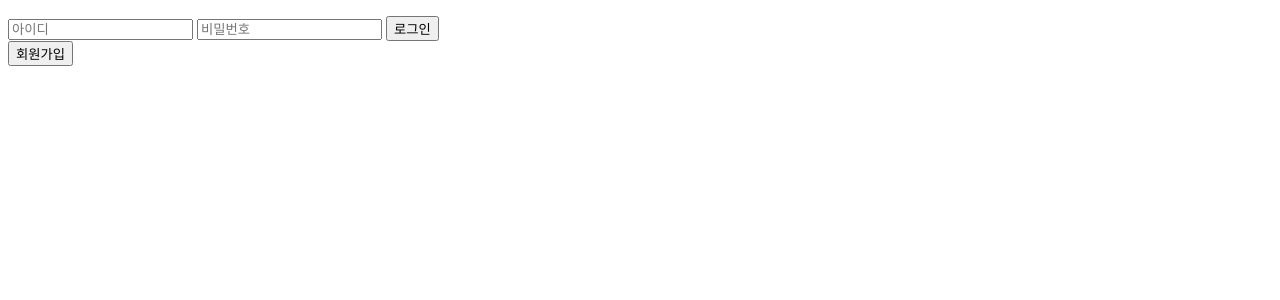
Repository: kokoko12334/myvocab-toy
Page: http://localhost/myVocabularyList/home.jsp
The author's editor kept a copy of each file at every save. The page is drawn from the files as they stood at one save, then again after the next save.
The browser window is 1280 px wide. The pictures show the whole page.
The page is served by Tomcat 9. Other server files are loaded and not shown.

Above is the page before, as saved 2023-04-05 15:03:07.

### myVocabularyList/src/main/webapp/home.jsp
<%@ page language="java" contentType="text/html; charset=UTF-8"
    pageEncoding="UTF-8"%>

<%@ taglib prefix="c" uri = "http://java.sun.com/jsp/jstl/core" %>

<!DOCTYPE html>
<html>
<head>
<meta charset="UTF-8">
<title>영어단어장 홈화면</title>
</head>

<body>
	<p>${id}</p>
	<div>
		<form action = "/login" method = "post" >
			<input type = "text" name = "id" placeholder = "아이디" value = "${param.id}">
			<input type = "password" name = "pwd" placeholder = "비밀번호">
			<input type = "submit" value = "로그인">

		</form>
	</div>

	<div>
		<button type="button" class="navyBtn" onClick="location.href='joinForm.jsp'">회원가입
	</div>


</body>

</html>

After the next save:
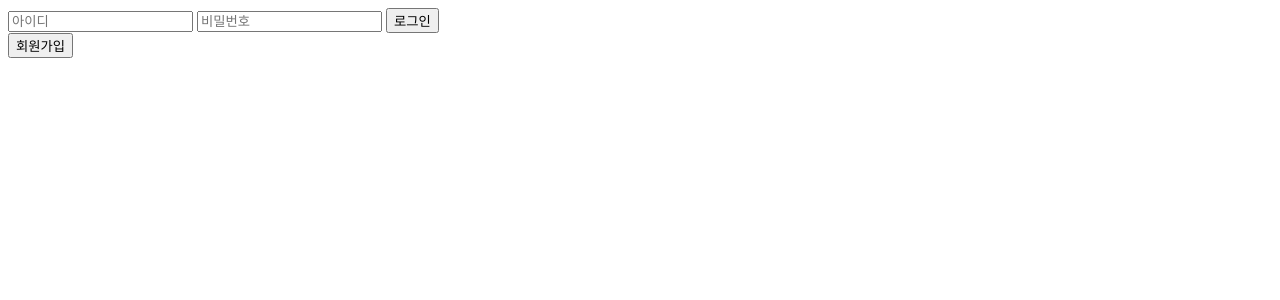
Saved 12 s later.
--- a/myVocabularyList/src/main/webapp/home.jsp
+++ b/myVocabularyList/src/main/webapp/home.jsp
@@ -11,7 +11,7 @@
 </head>
 
 <body>
-	<p>${id}</p>
+
 	<div>
 		<form action = "/login" method = "post" >
 			<input type = "text" name = "id" placeholder = "아이디" value = "${param.id}">
